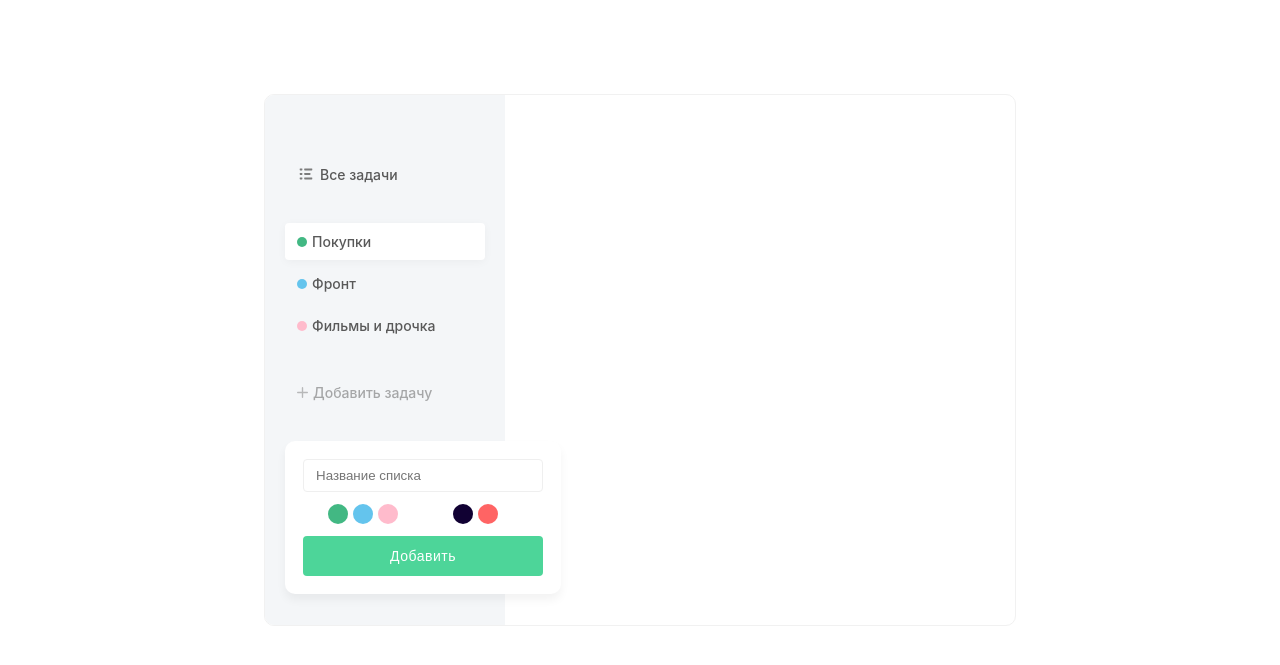
Repository: AzimAzimov/Todo
Page: /
These files come from the project's save history. The page is drawn as it stood at one moment and after the next save; the edit follows.
The browser window is 1280 px wide. The pictures show the whole page.
The project was rebuilt for these pictures with package versions that can differ from the ones it lists, and the page was loaded fresh each time.

Above is the page before, as saved 2023-02-19 15:45:44.

After the next save:
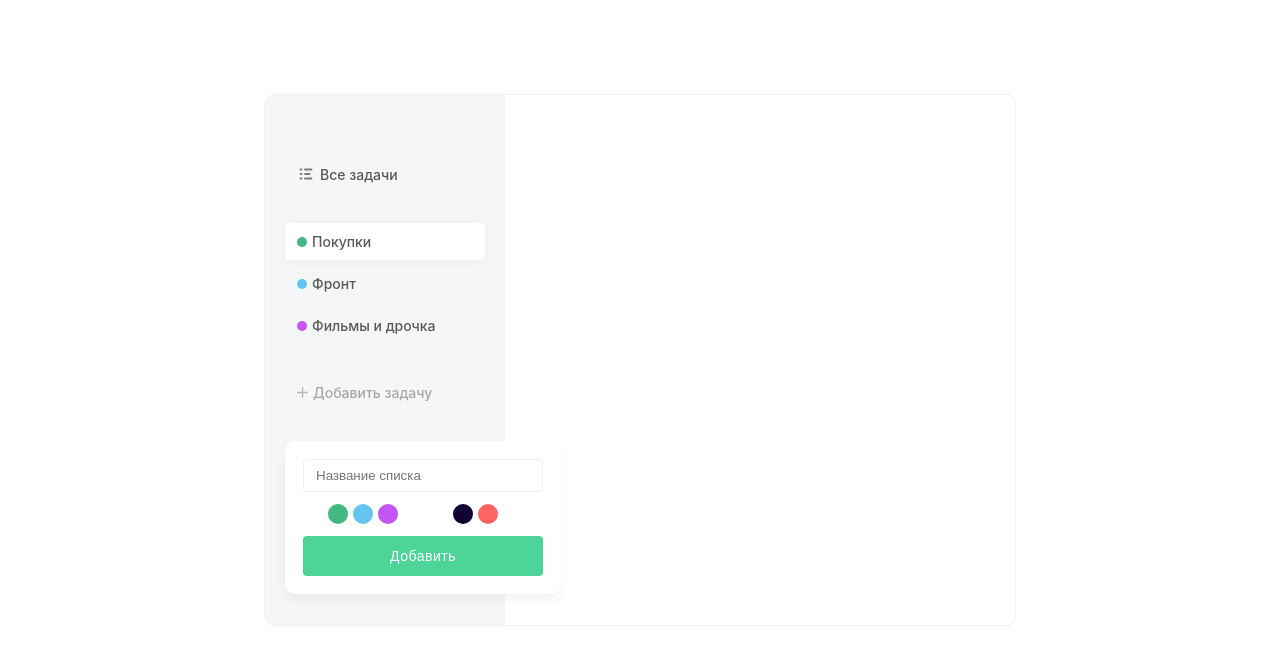
Saved 16 s later.
--- a/src/components/badge/Barge.scss
+++ b/src/components/badge/Barge.scss
@@ -25,6 +25,6 @@
     }
 
     &__pink {
-      background-color: #FFBBCC;
+      background-color: #C355F5;
     }
   }
